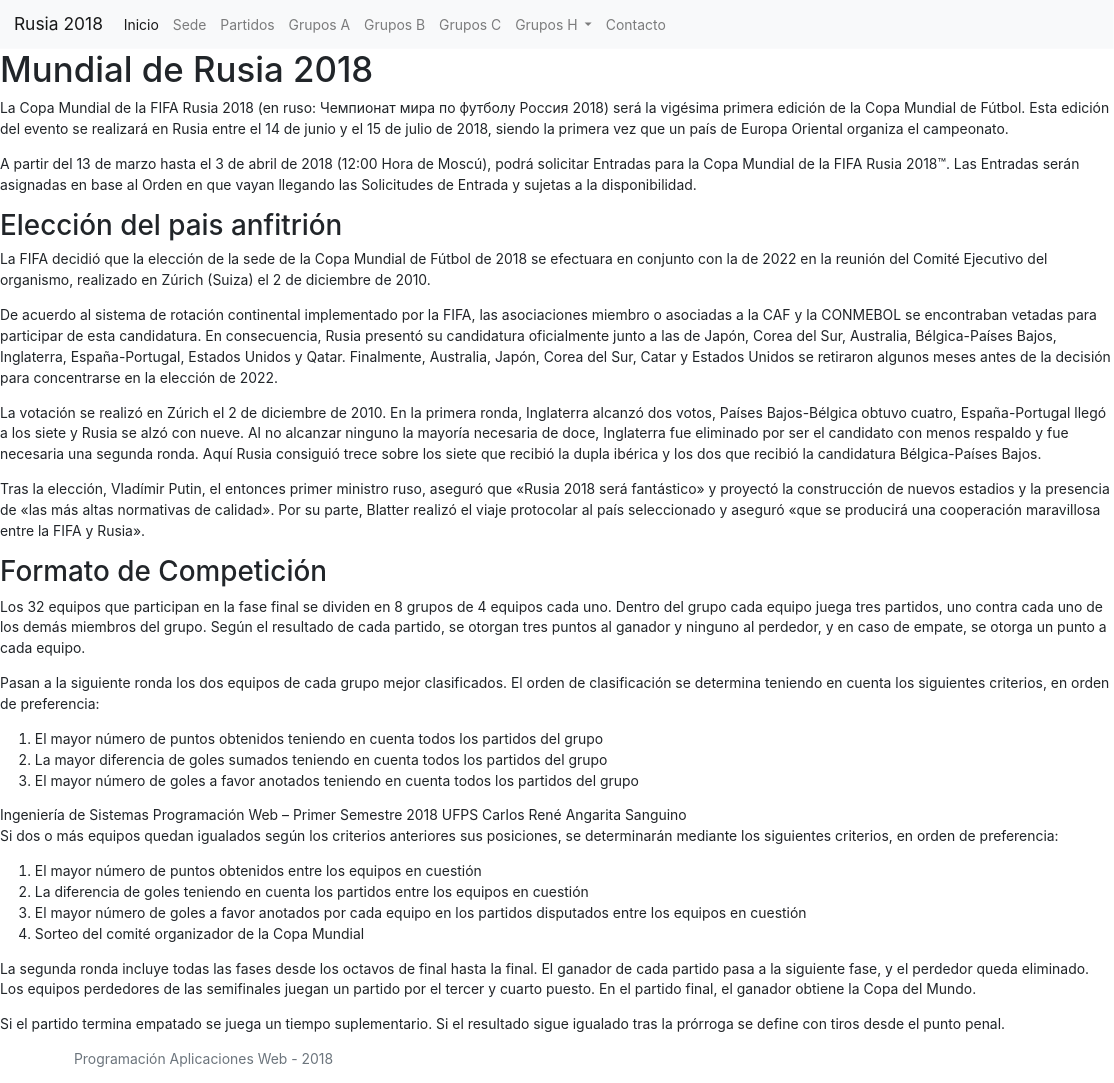
Repository: AndreyRi13/PracticaBootstrap
Page: index.html
The author's editor kept a copy of each file at every save. The page is drawn from the files as they stood at one save, then again after the next save.
The browser window is 1280 px wide. The pictures show the whole page, at 87% of full size.

Above is the page before, as saved 2020-09-24 16:44:26.
Console error (its wording comes from the project's code and is left out).
Not found: style/estilos.css

### index.html
<!DOCTYPE html>
<html lang="en">
<head>
    <meta charset="UTF-8">
    <meta name="viewport" content="width=device-width, initial-scale=1.0">
    <link rel='stylesheet' type='text/css' media='screen' href='style/estilos.css'>
    <link rel="stylesheet" href="https://stackpath.bootstrapcdn.com/bootstrap/4.5.2/css/bootstrap.min.css" integrity="sha384-JcKb8q3iqJ61gNV9KGb8thSsNjpSL0n8PARn9HuZOnIxN0hoP+VmmDGMN5t9UJ0Z" crossorigin="anonymous">
   <link rel="stylesheet" href="https://stackpath.bootstrapcdn.com/bootstrap/4.5.2/css/bootstrap.min.css" integrity="sha384-JcKb8q3iqJ61gNV9KGb8thSsNjpSL0n8PARn9HuZOnIxN0hoP+VmmDGMN5t9UJ0Z" crossorigin="anonymous">
   <link rel="stylesheet" href="https://stackpath.bootstrapcdn.com/bootstrap/4.5.2/css/bootstrap.min.css" integrity="sha384-JcKb8q3iqJ61gNV9KGb8thSsNjpSL0n8PARn9HuZOnIxN0hoP+VmmDGMN5t9UJ0Z" crossorigin="anonymous">
   <script src="https://stackpath.bootstrapcdn.com/bootstrap/4.5.2/js/bootstrap.min.js" integrity="sha384-B4gt1jrGC7Jh4AgTPSdUtOBvfO8shuf57BaghqFfPlYxofvL8/KUEfYiJOMMV+rV" crossorigin="anonymous"></script>
   <script src="https://code.jquery.com/jquery-3.5.1.slim.min.js" integrity="sha384-DfXdz2htPH0lsSSs5nCTpuj/zy4C+OGpamoFVy38MVBnE+IbbVYUew+OrCXaRkfj" crossorigin="anonymous"></script>
<script src="https://cdn.jsdelivr.net/npm/popper.js@1.16.1/dist/umd/popper.min.js" integrity="sha384-9/reFTGAW83EW2RDu2S0VKaIzap3H66lZH81PoYlFhbGU+6BZp6G7niu735Sk7lN" crossorigin="anonymous"></script>

<script src="https://ajax.googleapis.com/ajax/libs/jquery/1.12.4/jquery.min.js"></script>
<title>Practica Bootstrap</title>
</head>
<body>

    <nav class="navbar navbar-expand-lg navbar-light bg-light">
        <a class="navbar-brand" href="#">Rusia 2018</a>
        <button class="navbar-toggler" type="button" data-toggle="collapse" data-target="#navbarNav" aria-controls="navbarNav" aria-expanded="false" aria-label="Toggle navigation">
          <span class="navbar-toggler-icon"></span>
        </button>
        <div class="collapse navbar-collapse" id="navbarNav">
          <ul class="navbar-nav">
            <li class="nav-item active">
              <a class="nav-link" href="#">Inicio <span class="sr-only">(current)</span></a>
            </li>
            <li class="nav-item">
              <a class="nav-link" href="#">Sede</a>
            </li>
            <li class="nav-item">
              <a class="nav-link" href="#">Partidos</a>
            </li>
            <li class="nav-item"><a class="nav-link" href="#">Grupos A</a></li>
            <li class="nav-item"><a class="nav-link" href="#">Grupos B</a></li>
            <li class="nav-item"><a class="nav-link" href="#">Grupos C</a></li>

                <li class="nav-item dropdown">
                    <a class="nav-link dropdown-toggle" href="#" id="navbarDropdownMenuLink" role="button" data-toggle="dropdown" aria-haspopup="true" aria-expanded="false">
                        Grupos H
                    </a>
                    <div class="dropdown-menu" aria-labelledby="navbarDropdownMenuLink">
                      <a class="dropdown-item" href="#">Polonia</a>
                      <a class="dropdown-item" href="#">Senegal</a>
                      <a class="dropdown-item" href="#">Colombia</a>
                      <a class="dropdown-item" href="#">Japon</a>
                    </div>
                  </li>
              <li class="nav-item"><a class="nav-link" href="#">Contacto</a></li>
          </ul>
        </div>
      </nav>

        <script src="https://ajax.googleapis.com/ajax/libs/jquery/1.12.4/jquery.min.js"></script>

        <div class="page-header">
        <h1>Mundial de Rusia 2018</h1>
        </div>

        <div>
        <p>La Copa Mundial de la FIFA Rusia 2018 (en ruso: Чемпионат мира по футболу Россия
        2018) será la vigésima primera edición de la Copa Mundial de Fútbol. Esta edición del evento se
        realizará en Rusia entre el 14 de junio y el 15 de julio de 2018, siendo la primera vez que un país de
        Europa Oriental organiza el campeonato.</p>
        <p>A partir del 13 de marzo hasta el 3 de abril de 2018 (12:00 Hora de Moscú), podrá solicitar
        Entradas para la Copa Mundial de la FIFA Rusia 2018™. Las Entradas serán asignadas en base al
        Orden en que vayan llegando las Solicitudes de Entrada y sujetas a la disponibilidad.</p>
        <h2>Elección del pais anfitrión</h2>
        <p>La FIFA decidió que la elección de la sede de la Copa Mundial de Fútbol de 2018 se
        efectuara en conjunto con la de 2022 en la reunión del Comité Ejecutivo del organismo, realizado en
        Zúrich (Suiza) el 2 de diciembre de 2010.</p>
        <p>De acuerdo al sistema de rotación continental implementado por la FIFA, las asociaciones
        miembro o asociadas a la CAF y la CONMEBOL se encontraban vetadas para participar de esta
        candidatura. En consecuencia, Rusia presentó su candidatura oficialmente junto a las de Japón, Corea
        del Sur, Australia, Bélgica-Países Bajos, Inglaterra, España-Portugal, Estados Unidos y Qatar.
        Finalmente, Australia, Japón, Corea del Sur, Catar y Estados Unidos se retiraron algunos meses antes
        de la decisión para concentrarse en la elección de 2022.</p>
        <p>La votación se realizó en Zúrich el 2 de diciembre de 2010. En la primera ronda, Inglaterra
        alcanzó dos votos, Países Bajos-Bélgica obtuvo cuatro, España-Portugal llegó a los siete y Rusia se
        alzó con nueve. Al no alcanzar ninguno la mayoría necesaria de doce, Inglaterra fue eliminado por ser
        el candidato con menos respaldo y fue necesaria una segunda ronda. Aquí Rusia consiguió trece
        sobre los siete que recibió la dupla ibérica y los dos que recibió la candidatura Bélgica-Países
        Bajos.</p>
        <p>Tras la elección, Vladímir Putin, el entonces primer ministro ruso, aseguró que «Rusia
        2018 será fantástico» y proyectó la construcción de nuevos estadios y la presencia de «las más altas
        normativas de calidad». Por su parte, Blatter realizó el viaje protocolar al país seleccionado y aseguró
        «que se producirá una cooperación maravillosa entre la FIFA y Rusia».</p>
        <h2>Formato de Competición</h2>
        <p>Los 32 equipos que participan en la fase final se dividen en 8 grupos de 4 equipos cada
        uno. Dentro del grupo cada equipo juega tres partidos, uno contra cada uno de los demás miembros
        del grupo. Según el resultado de cada partido, se otorgan tres puntos al ganador y ninguno al
        perdedor, y en caso de empate, se otorga un punto a cada equipo.</p>
        <p>Pasan a la siguiente ronda los dos equipos de cada grupo mejor clasificados. El orden de
        clasificación se determina teniendo en cuenta los siguientes criterios, en orden de preferencia:</p>
        <ol>
        <li>El mayor número de puntos obtenidos teniendo en cuenta todos los partidos del
        grupo</li>
        <li>La mayor diferencia de goles sumados teniendo en cuenta todos los partidos del
        grupo</li>
        <li>El mayor número de goles a favor anotados teniendo en cuenta todos los partidos
        del grupo</li>
        </ol>
        Ingeniería de Sistemas Programación Web – Primer Semestre 2018
        UFPS
        Carlos René Angarita Sanguino
        <p>Si dos o más equipos quedan igualados según los criterios anteriores sus posiciones, se
        determinarán mediante los siguientes criterios, en orden de preferencia:</p>
        <ol>
        <li>El mayor número de puntos obtenidos entre los equipos en cuestión</li>
        <li>La diferencia de goles teniendo en cuenta los partidos entre los equipos en
        cuestión</li>
        <li>El mayor número de goles a favor anotados por cada equipo en los partidos
        disputados entre los equipos en cuestión</li>
        <li>Sorteo del comité organizador de la Copa Mundial</li>
        </ol>
        <p>La segunda ronda incluye todas las fases desde los octavos de final hasta la final. El
        ganador de cada partido pasa a la siguiente fase, y el perdedor queda eliminado. Los equipos
        perdedores de las semifinales juegan un partido por el tercer y cuarto puesto. En el partido final, el
        ganador obtiene la Copa del Mundo.</p>
        <p>Si el partido termina empatado se juega un tiempo suplementario. Si el resultado sigue
        igualado tras la prórroga se define con tiros desde el punto penal.</p>
        </div>
        <footer class="footer">
            <div class="container">
                <p class="text-muted">Programación Aplicaciones Web - 2018</p>
            </div>
        </footer>
        <script src="https://code.jquery.com/jquery-3.5.1.slim.min.js" integrity="sha384-DfXdz2htPH0lsSSs5nCTpuj/zy4C+OGpamoFVy38MVBnE+IbbVYUew+OrCXaRkfj" crossorigin="anonymous"></script>
        <script src="https://cdn.jsdelivr.net/npm/popper.js@1.16.1/dist/umd/popper.min.js" integrity="sha384-9/reFTGAW83EW2RDu2S0VKaIzap3H66lZH81PoYlFhbGU+6BZp6G7niu735Sk7lN" crossorigin="anonymous"></script>
        <script src="https://stackpath.bootstrapcdn.com/bootstrap/4.5.2/js/bootstrap.min.js" integrity="sha384-B4gt1jrGC7Jh4AgTPSdUtOBvfO8shuf57BaghqFfPlYxofvL8/KUEfYiJOMMV+rV" crossorigin="anonymous"></script>

</body>


</html>

### css/estilos.css

.footer{
    position: absolute;
    bottom: 0;
    width: 100%;

    height: 60px;
    background-color: #f6f6;


}

After the next save:
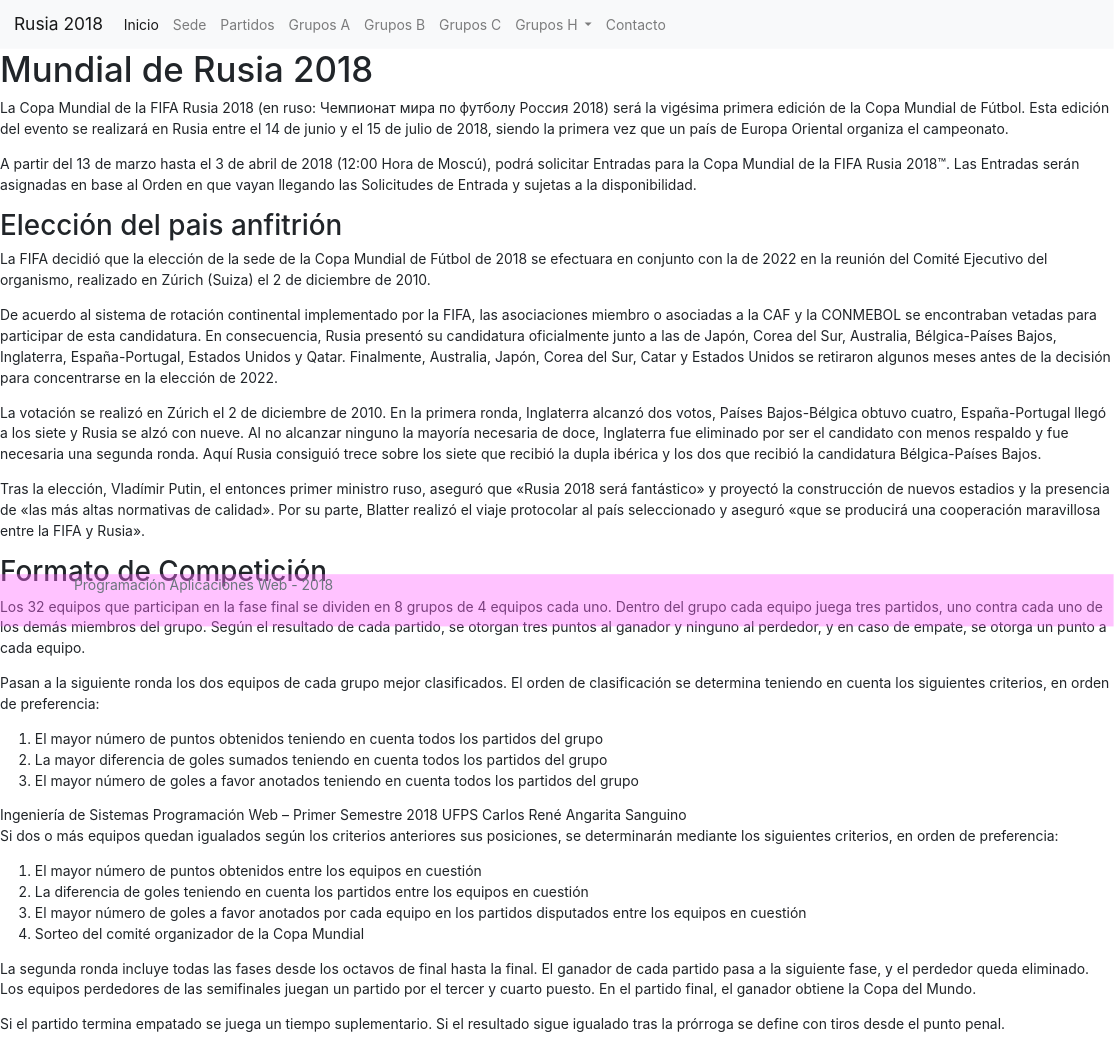
Saved 4 s later.
--- a/index.html
+++ b/index.html
@@ -3,7 +3,7 @@
 <head>
     <meta charset="UTF-8">
     <meta name="viewport" content="width=device-width, initial-scale=1.0">
-    <link rel='stylesheet' type='text/css' media='screen' href='style/estilos.css'>
+    <link rel='stylesheet' type='text/css' media='screen' href='css/estilos.css'>
     <link rel="stylesheet" href="https://stackpath.bootstrapcdn.com/bootstrap/4.5.2/css/bootstrap.min.css" integrity="sha384-JcKb8q3iqJ61gNV9KGb8thSsNjpSL0n8PARn9HuZOnIxN0hoP+VmmDGMN5t9UJ0Z" crossorigin="anonymous">
    <link rel="stylesheet" href="https://stackpath.bootstrapcdn.com/bootstrap/4.5.2/css/bootstrap.min.css" integrity="sha384-JcKb8q3iqJ61gNV9KGb8thSsNjpSL0n8PARn9HuZOnIxN0hoP+VmmDGMN5t9UJ0Z" crossorigin="anonymous">
    <link rel="stylesheet" href="https://stackpath.bootstrapcdn.com/bootstrap/4.5.2/css/bootstrap.min.css" integrity="sha384-JcKb8q3iqJ61gNV9KGb8thSsNjpSL0n8PARn9HuZOnIxN0hoP+VmmDGMN5t9UJ0Z" crossorigin="anonymous">
